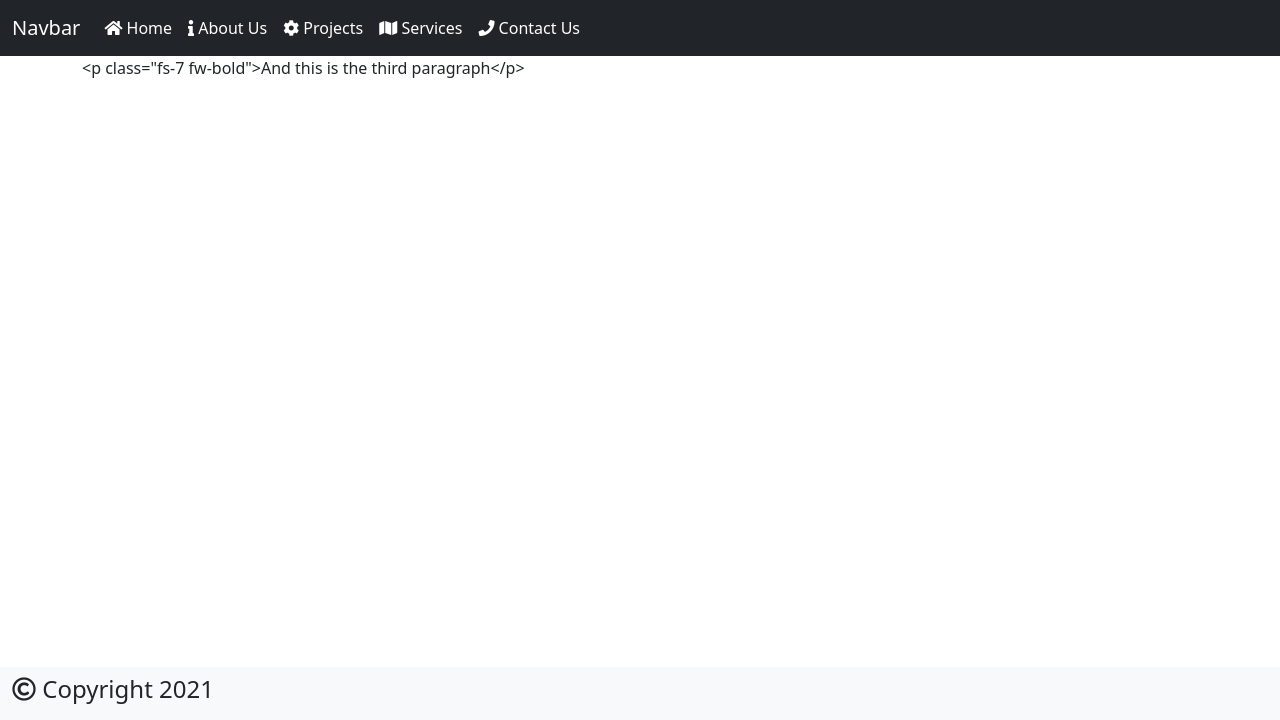
Repository: spencernewellevans/WEBD6201-ICE01
Page: index.html
The author's editor kept a copy of each file at every save. The page is drawn from the files as they stood at one save, then again after the next save.
The browser window is 1280 px wide. The pictures show the whole page.

Above is the page before, as saved 2021-01-22 15:50:18.

After the next save:
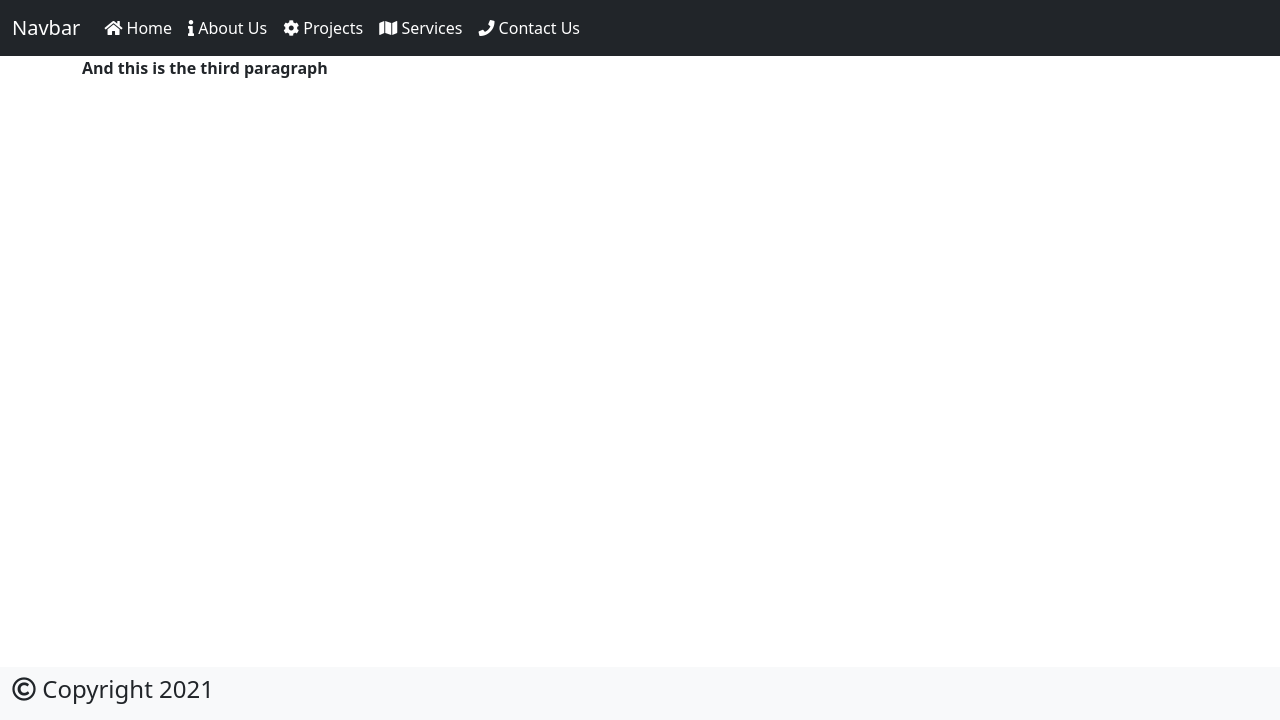
Saved 47 s later.
--- a/scripts/app.js
+++ b/scripts/app.js
@@ -32,7 +32,7 @@
         newParagraph.className = "fs-6";
 
         let paragraphThree =  `<p class="fs-7 fw-bold">And this is the third paragraph</p>`;
-        mainContent.textContent = paragraphThree;
+        mainContent.innerHTML = paragraphThree;
     }
 
     window.addEventListener("load", Start);
